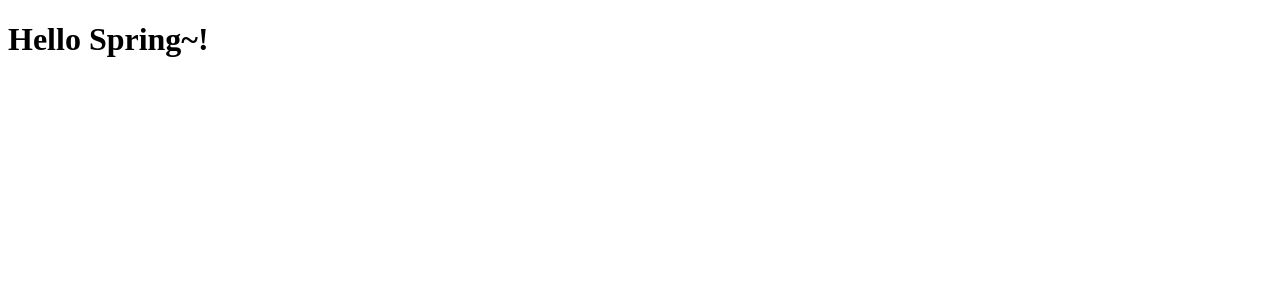
Repository: wona-owo/Spring
Page: http://localhost/00_spring/
An editor plug-in stored every save of this project. The page is shown before and after the next save, followed by the edit.
The browser window is 1280 px wide. The pictures show the whole page.
The page is served by Tomcat 9.

Above is the page before, as saved 2024-12-02 03:08:57.

After the next save:
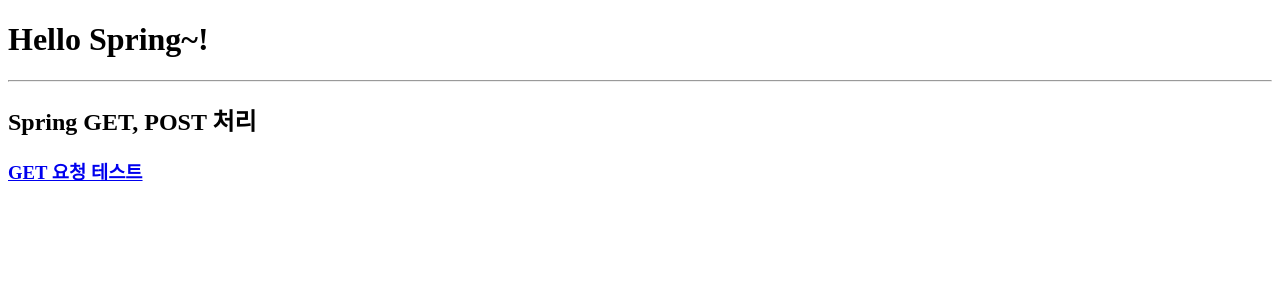
Saved 9 min 32 s later.
--- a/00_spring/src/main/webapp/index.jsp
+++ b/00_spring/src/main/webapp/index.jsp
@@ -33,5 +33,13 @@
 	  - Controller : 클라이언트 요청에 대해 처리하고, 적절한 View나 Model을 반환하는 역할.
 	  - ViewResolver : 컨트롤러가 반환하는 논리적인 뷰 이름을 실제 뷰 페이지 경로로 변환하는 역할.
 	 --%>
+
+	 <hr>
+
+	 <h2>Spring GET, POST 처리</h2>
+
+	 <h3><a href="/getTest.kh">GET 요청 테스트</a></h3>
+	 <%--*.kh로 세팅해놨기 때문에, kh를 붙인다. (컨트롤러로 요청) --%>
+
 </body>
 </html>
